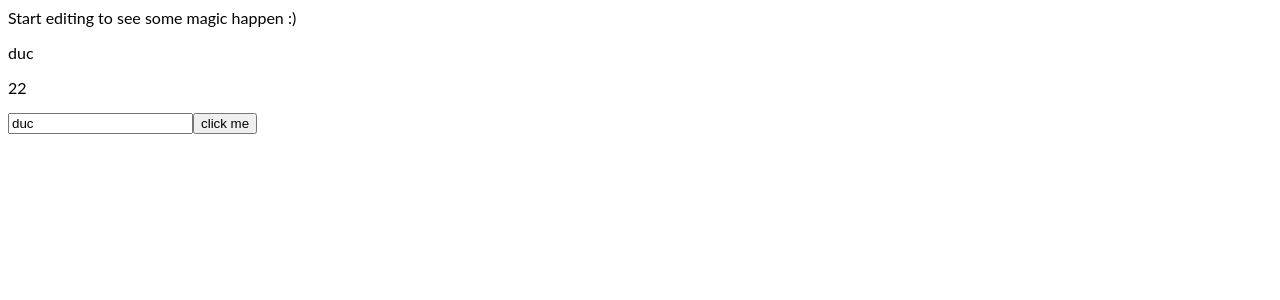
Repository: leduc24/baitap-angular100day
Page: / (app in angular_bai3/)
An editor plug-in stored every save of this project. The page is shown before and after the next save, followed by the edit.
The browser window is 1280 px wide. The pictures show the whole page.
The project was rebuilt for these pictures with package versions that can differ from the ones it lists, and the page was loaded fresh each time. Also part of the build but not shown: angular_bai3/angular.json, angular_bai3/src/app/hello.component.ts.

Above is the page before, as saved 2022-06-30 11:06:46.

### angular_bai3/src/index.html
<html>
  <head>
    <title>Angular App </title>
  </head>
  <body>
  <my-app>loading</my-app>
  </body>
</html>

### angular_bai3/src/app/app.component.ts
import { Component, VERSION } from '@angular/core';

@Component({
  selector: 'my-app',
  templateUrl: './app.component.html',
  styleUrls: ['./app.component.css'],
})
export class AppComponent {
  name = 'Angular ' + VERSION.major;

  // DATA BiNDING
  // EVENT BINDING

  user = {
    name: 'duc',
    age: 22
  };

  handler(){
    console.log('click');
  }
}

### angular_bai3/src/app/app.component.html

<p>
  Start editing to see some magic happen :)
</p>


<p> {{ user.name}}</p>
<p> {{ user.age}}</p>

<input [type] ="'text'" [value]= "user.name">

<button type = "button" (click)="handler()"> click me </button>

Loaded but not shown: angular_bai3/src/styles.css (common file); angular_bai3/src/main.ts (common file); angular_bai3/src/polyfills.ts (common file); angular_bai3/src/app/app.module.ts (common file); angular_bai3/src/app/app.component.css (common file)

After the next save:
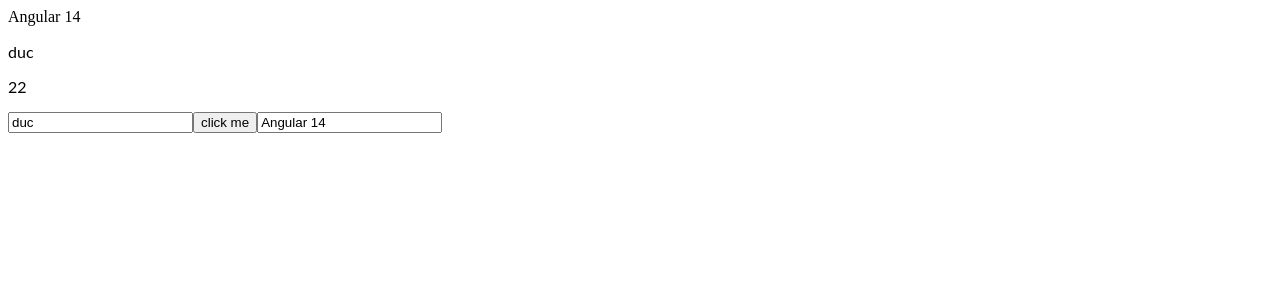
Saved 6 min 47 s later.
--- a/angular_bai3/src/app/app.component.html
+++ b/angular_bai3/src/app/app.component.html
@@ -1,7 +1,5 @@
 
-<p>
-  Start editing to see some magic happen :)
-</p>
+{{name}}
 
 
 <p> {{ user.name}}</p>
@@ -10,3 +8,5 @@
 <input [type] ="'text'" [value]= "user.name">
 
 <button type = "button" (click)="handler()"> click me </button>
+
+<input type="text" [(ngModel)] = "name"/>
